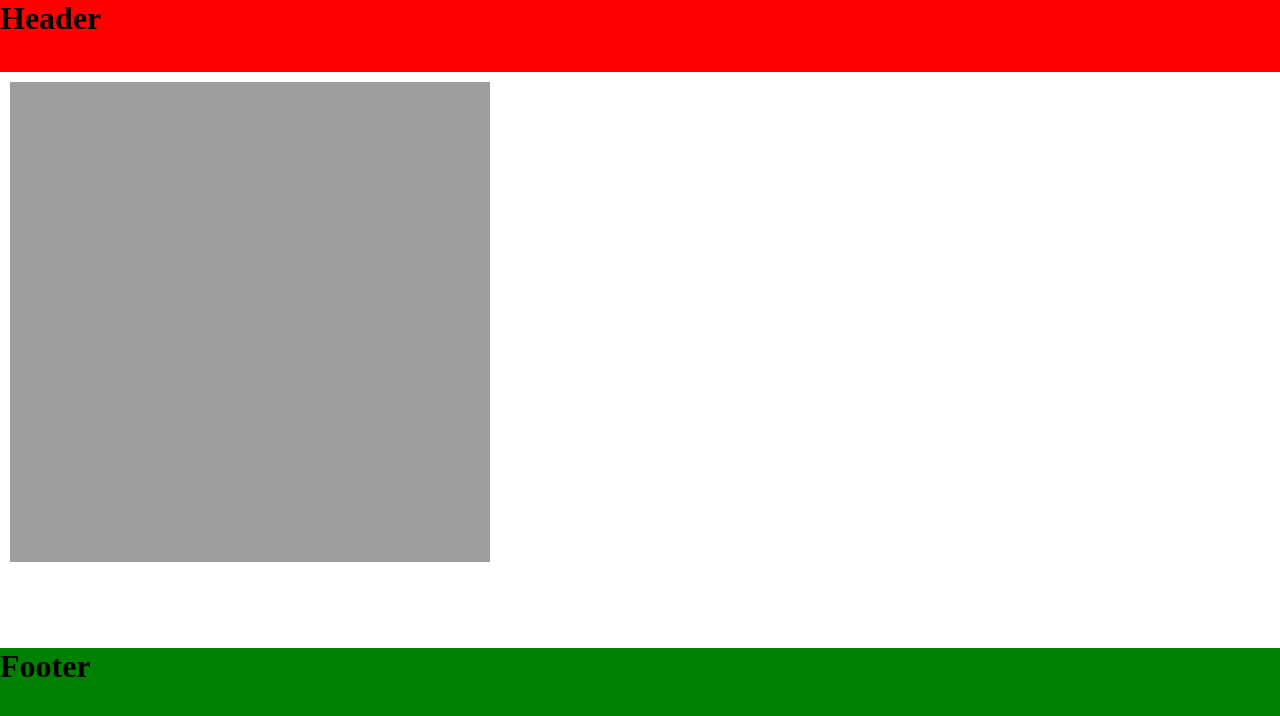
Repository: jameswilky/chess
Page: index.html
The author's editor kept a copy of each file at every save. The page is drawn from the files as they stood at one save, then again after the next save.
The browser window is 1280 px wide. The pictures show the whole page.

Above is the page before, as saved 2018-11-22 08:33:23.

After the next save:
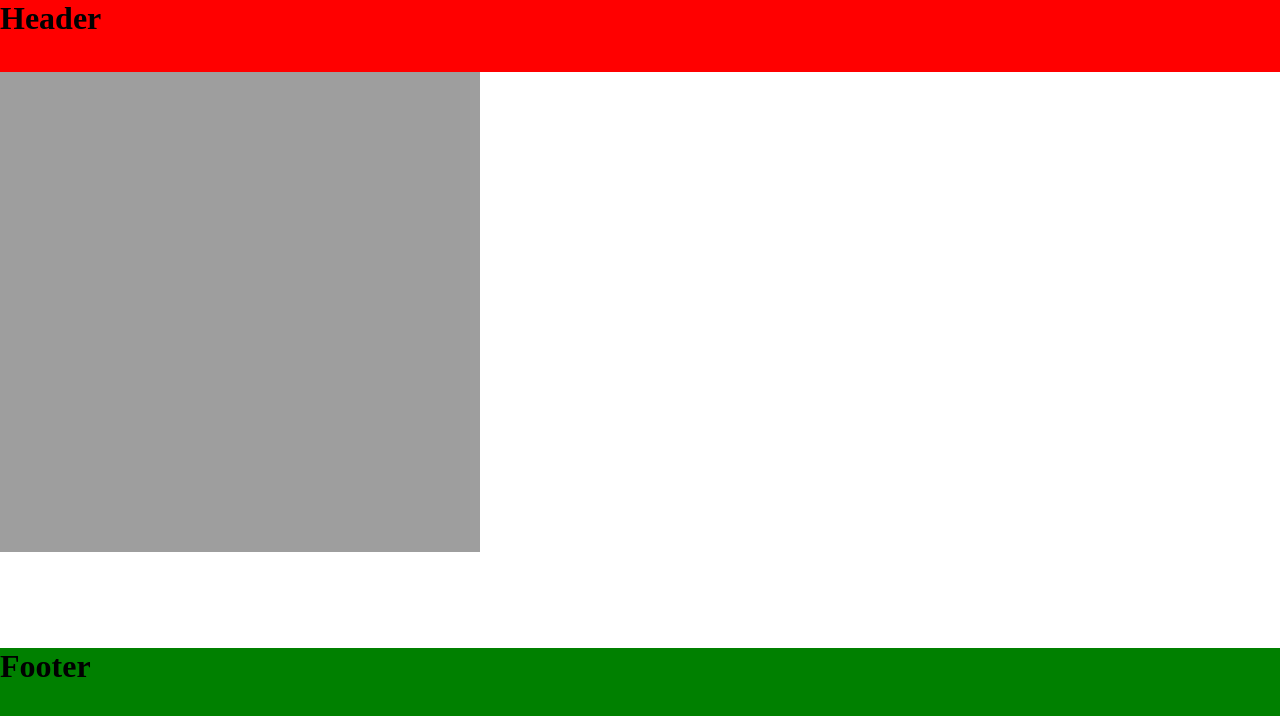
Saved 4 s later.
--- a/style.css
+++ b/style.css
@@ -7,7 +7,7 @@
  position: absolute;
  top: 10%;
  bottom: 100px;
- margin: 10px;
+ margin: auto;
 }
 
 .game{
